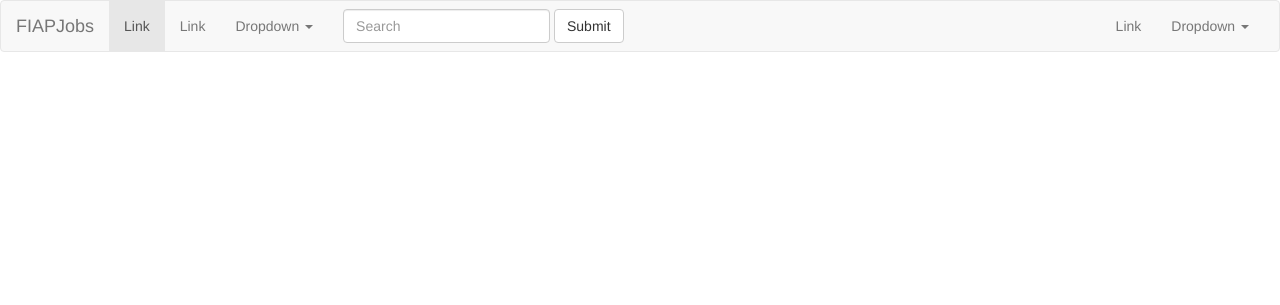
Repository: chrizera/1TDSF-Web
Page: http://localhost/FIAPJobs/cadastro-vaga.jsp
The author's editor kept a copy of each file at every save. The page is drawn from the files as they stood at one save, then again after the next save.
The browser window is 1280 px wide. The pictures show the whole page.
The page is served by Tomcat 9. Other server files are loaded and not shown.

Above is the page before, as saved 2016-10-06 11:33:00.

### FIAPJobs/WebContent/cadastro-vaga.jsp
<%@ page language="java" contentType="text/html; charset=ISO-8859-1"
    pageEncoding="ISO-8859-1"%>
<!DOCTYPE html PUBLIC "-//W3C//DTD HTML 4.01 Transitional//EN" "http://www.w3.org/TR/html4/loose.dtd">
<html>
<head>
<meta http-equiv="Content-Type" content="text/html; charset=ISO-8859-1">
<title>Cadastro de Vaga</title>
<%@ include file="includes.jsp" %>
</head>
<body>
<%@ include file="menu.jsp" %>
<div class="container">

	<form>
		<div class="row">
			<div class="col-md-6 form-group">
				<label></label>
			</div>
			<div class="col-md-6 form-group">
				<label></label>
			</div>
		</div>
		<div class="row">
			<div class="col-md-6 form-group">
				<label></label>
			</div>
			<div class="col-md-6 form-group">
				<label></label>
			</div>
		</div>
	</form>

</div>
</body>
</html>

### FIAPJobs/WebContent/includes.jsp
<!--  CSS -->
<link rel="stylesheet"
	type="text/css" href="css/bootstrap.min.css">
<!--  Javascript -->
<script src="js/jquery-3.1.0.min.js"></script>
<script src="js/bootstrap.min.js"></script>
<!--  taglib -->
<%@ taglib prefix="c" uri="http://java.sun.com/jsp/jstl/core" %>

### FIAPJobs/WebContent/menu.jsp
<nav class="navbar navbar-default">
  <div class="container-fluid">
    <!-- Brand and toggle get grouped for better mobile display -->
    <div class="navbar-header">
      <button type="button" class="navbar-toggle collapsed" data-toggle="collapse" data-target="#bs-example-navbar-collapse-1" aria-expanded="false">
        <span class="sr-only">Toggle navigation</span>
        <span class="icon-bar"></span>
        <span class="icon-bar"></span>
        <span class="icon-bar"></span>
      </button>
      <a class="navbar-brand" href="#">FIAPJobs</a>
    </div>

    <!-- Collect the nav links, forms, and other content for toggling -->
    <div class="collapse navbar-collapse" id="bs-example-navbar-collapse-1">
      <ul class="nav navbar-nav">
        <li class="active"><a href="#">Link <span class="sr-only">(current)</span></a></li>
        <li><a href="#">Link</a></li>
        <li class="dropdown">
          <a href="#" class="dropdown-toggle" data-toggle="dropdown" role="button" aria-haspopup="true" aria-expanded="false">Dropdown <span class="caret"></span></a>
          <ul class="dropdown-menu">
            <li><a href="#">Action</a></li>
            <li><a href="#">Another action</a></li>
            <li><a href="#">Something else here</a></li>
            <li role="separator" class="divider"></li>
            <li><a href="#">Separated link</a></li>
            <li role="separator" class="divider"></li>
            <li><a href="#">One more separated link</a></li>
          </ul>
        </li>
      </ul>
      <form class="navbar-form navbar-left">
        <div class="form-group">
          <input type="text" class="form-control" placeholder="Search">
        </div>
        <button type="submit" class="btn btn-default">Submit</button>
      </form>
      <ul class="nav navbar-nav navbar-right">
        <li><a href="#">Link</a></li>
        <li class="dropdown">
          <a href="#" class="dropdown-toggle" data-toggle="dropdown" role="button" aria-haspopup="true" aria-expanded="false">Dropdown <span class="caret"></span></a>
          <ul class="dropdown-menu">
            <li><a href="#">Action</a></li>
            <li><a href="#">Another action</a></li>
            <li><a href="#">Something else here</a></li>
            <li role="separator" class="divider"></li>
            <li><a href="#">Separated link</a></li>
          </ul>
        </li>
      </ul>
    </div><!-- /.navbar-collapse -->
  </div><!-- /.container-fluid -->
</nav>

Loaded but not shown: FIAPJobs/WebContent/css/bootstrap.min.css (library); FIAPJobs/WebContent/js/jquery-3.1.0.min.js (library); FIAPJobs/WebContent/js/bootstrap.min.js (library)

After the next save:
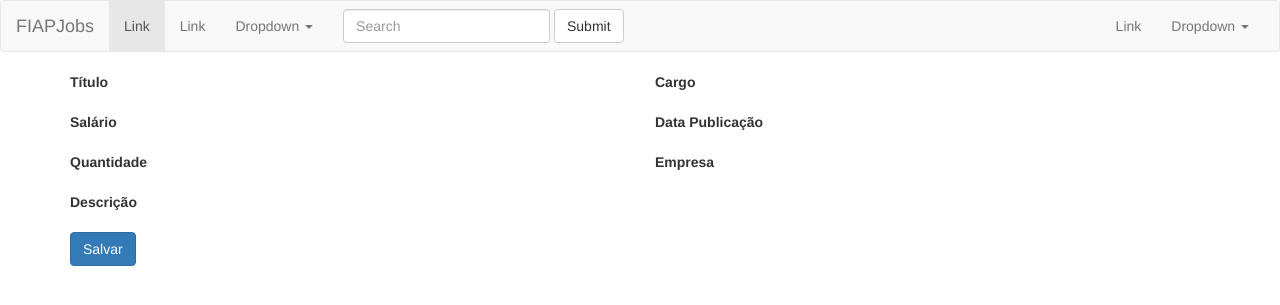
Saved 3 min 5 s later.
--- a/FIAPJobs/WebContent/cadastro-vaga.jsp
+++ b/FIAPJobs/WebContent/cadastro-vaga.jsp
@@ -14,18 +14,36 @@
 	<form>
 		<div class="row">
 			<div class="col-md-6 form-group">
-				<label></label>
+				<label>Título</label>
 			</div>
 			<div class="col-md-6 form-group">
-				<label></label>
+				<label>Cargo</label>
 			</div>
 		</div>
 		<div class="row">
 			<div class="col-md-6 form-group">
-				<label></label>
+				<label>Salário</label>
 			</div>
 			<div class="col-md-6 form-group">
-				<label></label>
+				<label>Data Publicação</label>
+			</div>
+		</div>
+		<div class="row">
+			<div class="col-md-6 form-group">
+				<label>Quantidade</label>
+			</div>
+			<div class="col-md-6 form-group">
+				<label>Empresa</label>
+			</div>
+		</div>
+		<div class="row">
+			<div class="col-md-6 form-group">
+				<label>Descrição</label>
+			</div>
+		</div>
+		<div class="row">
+			<div class="col-md-3">
+				<input type="submit" value="Salvar" class="btn btn-primary">
 			</div>
 		</div>
 	</form>
